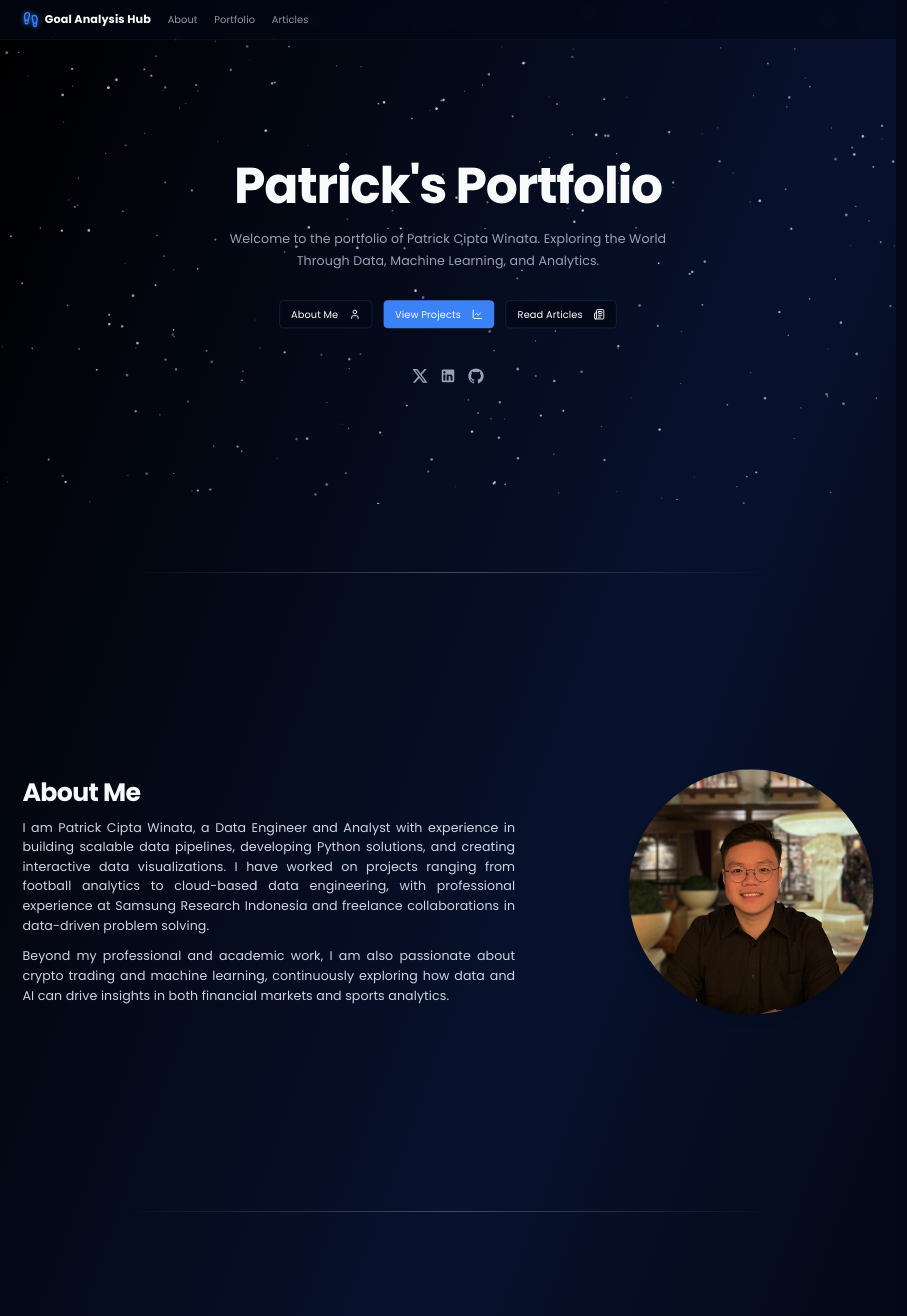
Repository: patrick-cw/my-portfolio
Page: /
The author's editor kept a copy of each file at every save. The page is drawn from the files as they stood at one save, then again after a run of saves.
The browser window is 1280 px wide. The page is 1296 px wide, so the pictures cover 1296 px, including what lies to the right of the window. The pictures show the part of the page from y = 0 to 1880 px (the page is 3545 px tall), at 70% of full size.
The project was rebuilt for these pictures with package versions that can differ from the ones it lists, and the page was loaded fresh each time. The framework's server and built-in components were replaced by stand-ins that run in the browser. Also part of the build but not shown: next.config.ts.

Above is the page before, as saved 2025-08-31 02:09:13.

### src/app/layout.tsx
import type {Metadata} from 'next';
import './globals.css';
import { Toaster } from "@/components/ui/toaster";
import { cn } from '@/lib/utils';
import Particles from '@/components/particles';
import Header from '@/components/header';
import Footer from '@/components/footer';
import ThemeRegistry from '@/components/ThemeRegistry';

export const metadata: Metadata = {
  title: "Patrick's Portfolio",
  description: 'A portfolio showcasing football analytics projects, articles, and more.',
};

export default function RootLayout({
  children,
}: Readonly<{
  children: React.ReactNode;
}>) {
  return (
    <html lang="en" className="dark" style={{scrollBehavior: 'smooth'}}>
      <head>
        <link rel="preconnect" href="https://fonts.googleapis.com" />
        <link rel="preconnect" href="https://fonts.gstatic.com" crossOrigin="anonymous" />
        <link href="https://fonts.googleapis.com/css2?family=Poppins:wght@400;600;700&display=swap" rel="stylesheet" />
      </head>
      <body className={cn("min-h-screen font-body antialiased bg-background")}>
        <ThemeRegistry>
          <div className="relative z-0 flex min-h-screen flex-col bg-gradient-to-br from-black via-blue-900/20 to-black">
            <Particles />
            <Header />
            <main className="flex-1">{children}</main>
            <Footer />
          </div>
          <Toaster />
        </ThemeRegistry>
      </body>
    </html>
  );
}

### src/app/page.tsx
import { Button } from "@/components/ui/button";
import { User, LineChart, Newspaper, ArrowDown } from "lucide-react";
import LinkedInIcon from '@mui/icons-material/LinkedIn';
import XIcon from '@mui/icons-material/X';
import GitHubIcon from '@mui/icons-material/GitHub';
import Image from "next/image";
import Link from "next/link";
import { Carousel, CarouselContent, CarouselItem, CarouselNext, CarouselPrevious } from "@/components/ui/carousel";

function FadingSeparator() {
  return (
    <div className="relative my-24 h-px w-full bg-transparent">
      <div className="absolute left-1/2 top-0 h-px w-3/4 -translate-x-1/2 bg-gradient-to-r from-transparent via-white opacity-25 to-transparent" />
    </div>
  )
}

// About Section Component
function AboutSection() {
  return (
    <section id="about" className="relative min-h-screen flex flex-col justify-center">
      <div className="container">
      <div className="grid grid-cols-1 items-center gap-y-16 lg:grid-cols-2 lg:gap-x-2">
          <div className="lg:col-span-7">
            <div className="max-w-xl">
              <h2 className="text-3xl font-bold tracking-tight text-foreground sm:text-4xl font-headline">About Me</h2>
              <p style={{color: "hsl(215deg 26.4% 84.39%)"}} className="mt-4 text-lg text-muted-foreground text-justify">
                I am Patrick Cipta Winata, a Data Engineer and Analyst with experience in building scalable data pipelines, developing Python solutions, and creating interactive data visualizations. I have worked on projects ranging from football analytics to cloud-based data engineering, with professional experience at Samsung Research Indonesia and freelance collaborations in data-driven problem solving.
              </p>
              <p style={{color: "hsl(215deg 26.4% 84.39%)"}} className="mt-4 text-lg text-muted-foreground text-justify">
                Beyond my professional and academic work, I am also passionate about crypto trading and machine learning, continuously exploring how data and AI can drive insights in both financial markets and sports analytics.
              </p>
            </div>
          </div>
          <div className="flex justify-center lg:col-span-5 lg:col-start-8">
            <Image
              src="/images/face.JPG"
              alt="Patrick Cipta Winata"
              width={350}
              height={350}
              className="rounded-full object-cover shadow-lg transition-all duration-300 hover:scale-105 hover:shadow-primary/20"
              data-ai-hint="portrait man"
            />
          </div>
        </div>
      </div>
    </section>
  );
}

// Portfolio Section Component
function PortfolioSection() {
  const projects = [
    {
      title: "xG-Based Performance Analysis",
      description: "A deep dive into Expected Goals (xG) metrics to evaluate striker efficiency across Europe's top 5 leagues.",
      image: "https://picsum.photos/600/400?random=1",
      tags: ["Data Analysis", "Python", "Tableau"],
      link: "/portfolio/xg-based-performance-analysis",
      imageHint: "soccer chart"
    },
    {
      title: "Defensive Actions Mapping",
      description: "Visualizing defensive actions (tackles, interceptions) to identify team pressing styles and defensive solidity.",
      image: "https://picsum.photos/600/400?random=2",
      tags: ["Data-Viz", "R", "Statistics"],
      link: "/portfolio/defensive-actions-mapping",
      imageHint: "soccer field"
    },
    {
      title: "Passing Network Analysis",
      description: "Analyzing passing networks to understand team shape, key player connections, and ball progression patterns.",
      image: "https://picsum.photos/600/400?random=3",
      tags: ["Network Analysis", "Gephi", "Tableau"],
      link: "/portfolio/passing-network-analysis",
      imageHint: "soccer tactics"
    },
    {
      title: "Player Recruitment Model",
      description: "A data-driven model to identify undervalued players based on performance metrics and market values.",
      image: "https://picsum.photos/600/400?random=4",
      tags: ["Machine Learning", "Python", "Scouting"],
      link: "/portfolio/player-recruitment-model",
      imageHint: "soccer player celebrating"
    },
    {
      title: "Interactive Shot Map Dashboard",
      description: "A web-based dashboard allowing users to explore shot data from various competitions interactively.",
      image: "https://picsum.photos/600/400?random=5",
      tags: ["Web Dev", "React", "D3.js"],
      link: "/portfolio/interactive-shot-map-dashboard",
      imageHint: "soccer dashboard"
    },
    {
      title: "Tactical Formations Analysis",
      description: "A comprehensive study of the 4-3-3 vs 4-4-2 formations, showcasing strengths and weaknesses with data visualization.",
      image: "https://picsum.photos/600/400?random=6",
      tags: ["Tactics", "Data-Viz", "Analysis"],
      link: "/portfolio/tactical-formations-analysis",
      imageHint: "soccer strategy board"
    }
  ];

  return (
    <section id="portfolio" className="relative min-h-screen flex flex-col justify-center">
        <div className="container">
          <div className="mx-auto max-w-3xl text-center">
            <h2 className="text-3xl font-bold tracking-tight text-foreground sm:text-4xl font-headline">My Portfolio</h2>
            <p className="mt-2 text-lg leading-8 text-muted-foreground">
              A selection of projects that showcase my skills in football analytics.
            </p>
          </div>
          <div className="mt-16">
            <Carousel
              opts={{
                align: "start",
                loop: false,
              }}
              className="w-full"
            >
              <CarouselContent>
                {projects.map((project) => (
                  <CarouselItem key={project.title} className="md:basis-1/2 lg:basis-1/3">
                    <div className="p-1 h-full">
                       <div className="group flex flex-col h-full overflow-hidden rounded-lg bg-card-highlight shadow-lg transition-all duration-300 hover:shadow-primary/20 hover:-translate-y-2">
                          <Link href={project.link} className="block shrink-0">
                            <Image
                              className="h-48 w-full object-cover"
                              src={project.image}
                              alt={project.title}
                              width={600}
                              height={400}
                              data-ai-hint={project.imageHint}
                            />
                          </Link>
                          <div className="flex flex-1 flex-col justify-between p-6">
                            <div className="flex-1">
                              <Link href={project.link} className="mt-2 block">
                                <p className="text-xl font-semibold text-foreground group-hover:text-primary transition-colors font-headline">{project.title}</p>
                                <p className="mt-3 text-base text-muted-foreground">{project.description}</p>
                              </Link>
                            </div>
                            <div className="mt-6 flex items-center">
                              <div className="flex space-x-1 text-sm text-muted-foreground">
                                {project.tags.map((tag) => (
                                  <span key={tag} className="inline-flex items-center rounded-full bg-secondary px-3 py-1 text-xs font-medium text-secondary-foreground">
                                    {tag}
                                  </span>
                                ))}
                              </div>
                            </div>
                          </div>
                        </div>
                    </div>
                  </CarouselItem>
                ))}
              </CarouselContent>
              <CarouselPrevious className="ml-12 h-10 w-10" />
              <CarouselNext className="mr-12 h-10 w-10"/>
            </Carousel>
          </div>
        </div>
    </section>
  );
}
// Articles Section Component
function ArticlesSection() {
  const articles = [
      {
        title: "The Evolution of the Modern Full-back",
        date: "July 15, 2024",
        excerpt: "From defensive stalwarts to attacking linchpins, we trace the tactical evolution of the full-back role in the modern game.",
        link: "/articles/evolution-of-the-modern-full-back",
      },
      {
        title: "Set-Piece Analytics: The Hidden Goldmine",
        date: "June 28, 2024",
        excerpt: "An in-depth look at how top-tier teams are using data analytics to gain a significant edge from corners and free-kicks.",
        link: "/articles/set-piece-analytics",
      },
      {
        title: "The Rise of Positional Play",
        date: "May 12, 2024",
        excerpt: "How philosophies popularised by Guardiola and Cruyff have come to dominate European football tactics.",
        link: "/articles/rise-of-positional-play",
      },
      {
        title: "Valuing Defensive Actions",
        date: "April 22, 2024",
        excerpt: "A new model for quantifying the impact of tackles, interceptions, and pressures beyond simple event counting.",
        link: "/articles/valuing-defensive-actions",
      },
      {
        title: "The Impact of High Pressing",
        date: "August 05, 2024",
        excerpt: "Exploring the data behind high-pressing strategies and their correlation with winning major trophies in modern football.",
        link: "/articles/impact-of-high-pressing",
      },
    ];

  return (
      <section id="articles" className="relative min-h-screen flex flex-col justify-center">
          <div className="container">
            <div className="mx-auto max-w-3xl text-center">
              <h2 className="text-3xl font-bold tracking-tight text-foreground sm:text-4xl font-headline">Latest Articles</h2>
              <p className="mt-2 text-lg leading-8 text-muted-foreground">
                My thoughts and findings on the world of football analytics.
              </p>
            </div>
            <div className="mt-16">
               <Carousel
                  opts={{
                    align: "start",
                    loop: false,
                  }}
                  className="w-full max-w-4xl mx-auto"
                >
                <CarouselContent>
                  {articles.map((article) => (
                    <CarouselItem key={article.title} className="md:basis-1/2">
                      <div className="p-1 h-full">
                        <article className="group flex h-full max-w-xl flex-col items-start justify-between rounded-lg bg-card-highlight p-6 transition-all duration-300 hover:bg-card/90 hover:-translate-y-2">
                          <div className="flex items-center gap-x-4 text-xs">
                            <time dateTime={article.date} className="text-muted-foreground">
                              {article.date}
                            </time>
                          </div>
                          <div className="group relative">
                            <h3 className="mt-3 text-lg font-semibold leading-6 text-foreground group-hover:text-primary transition-colors font-headline">
                              <Link href={article.link}>
                                <span className="absolute inset-0" />
                                {article.title}
                              </Link>
                            </h3>
                            <p className="mt-5 line-clamp-3 text-sm leading-6 text-muted-foreground">{article.excerpt}</p>
                          </div>
                        </article>
                      </div>
                    </CarouselItem>
                  ))}
                </CarouselContent>
                 <CarouselPrevious className="-left-12 h-10 w-10" />
                 <CarouselNext className="-right-12 h-10 w-10" />
              </Carousel>
            </div>
          </div>
      </section>
  );
}

export default function Home() {
  return (
    <>
      {/* Hero Section */}
      <section className="container flex min-h-[calc(100vh-3.5rem)] flex-col items-center justify-center text-center">
        <div className="flex-grow flex flex-col items-center justify-center">
          <h1 className="font-headline text-4xl font-bold tracking-tight text-foreground sm:text-6xl md:text-7xl">
          Patrick's Portfolio
          </h1>
          <p className="mt-6 text-lg leading-8 text-muted-foreground max-w-xl mx-auto">
          Welcome to the portfolio of Patrick Cipta Winata. Exploring the World Through Data, Machine Learning, and Analytics.
          </p>
          <div className="mt-10 flex flex-col items-center justify-center gap-y-6">
            <div className="flex items-center justify-center gap-x-4 flex-wrap gap-y-4">
               <Button variant="outline" asChild>
                <Link href="/#about">
                  About Me <User className="ml-2 h-4 w-4" />
                </Link>
              </Button>
              <Button asChild>
                <Link variant="outline" href="/#portfolio">
                  View Projects <LineChart className="ml-2 h-4 w-4" />
                </Link>
              </Button>
              <Button variant="outline" asChild>
                <Link href="/#articles">
                  Read Articles <Newspaper className="ml-2 h-4 w-4" />
                </Link>
              </Button>
            </div>
            <div className="flex items-center gap-4 mt-8">
              <Link href="https://twitter.com" target="_blank" rel="noopener noreferrer" aria-label="Twitter">
                <XIcon className="h-6 w-6 text-muted-foreground transition-colors hover:text-foreground" />
              </Link>
              <Link href="https://linkedin.com" target="_blank" rel="noopener noreferrer" aria-label="LinkedIn">
                <LinkedInIcon className="h-6 w-6 text-muted-foreground transition-colors hover:text-foreground" />
              </Link>
              <Link href="https://github.com" target="_blank" rel="noopener noreferrer" aria-label="GitHub">
                <GitHubIcon className="h-6 w-6 text-muted-foreground transition-colors hover:text-foreground" />
              </Link>
            </div>
          </div>
        </div>
        <div className="absolute bottom-4 left-1/2 -translate-x-1/2 animate-bounce">
          <a href="#about" aria-label="Scroll to about section">
            <ArrowDown className="h-6 w-6 text-muted-foreground" />
          </a>
        </div>
      </section>
      <FadingSeparator />
      <AboutSection />
      <FadingSeparator />
      <PortfolioSection />
      <FadingSeparator />
      <ArticlesSection />
    </>
  );
}

### src/components/ui/toaster.tsx
"use client"

import { useToast } from "@/hooks/use-toast"
import {
  Toast,
  ToastClose,
  ToastDescription,
  ToastProvider,
  ToastTitle,
  ToastViewport,
} from "@/components/ui/toast"

export function Toaster() {
  const { toasts } = useToast()

  return (
    <ToastProvider>
      {toasts.map(function ({ id, title, description, action, ...props }) {
        return (
          <Toast key={id} {...props}>
            <div className="grid gap-1">
              {title && <ToastTitle>{title}</ToastTitle>}
              {description && (
                <ToastDescription>{description}</ToastDescription>
              )}
            </div>
            {action}
            <ToastClose />
          </Toast>
        )
      })}
      <ToastViewport />
    </ToastProvider>
  )
}

### src/components/header.tsx
import Link from "next/link";
import { Footprints } from "lucide-react";

export default function Header() {
  return (
    <header className="sticky top-0 z-50 w-full border-b border-border/40 bg-background/95 backdrop-blur supports-[backdrop-filter]:bg-background/60">
      <div className="container flex h-14 max-w-screen-2xl items-center">
        <Link href="/" className="mr-6 flex items-center space-x-2">
          <Footprints className="h-6 w-6 text-primary" style={{filter: 'drop-shadow(0 0 4px hsl(var(--primary)))'}}/>
          <span className="font-bold sm:inline-block font-headline">Goal Analysis Hub</span>
        </Link>
        <nav className="flex items-center gap-4 text-sm lg:gap-6">
          <Link href="/#about" className="text-foreground/60 transition-colors hover:text-foreground/80">
            About
          </Link>
          <Link href="/#portfolio" className="text-foreground/60 transition-colors hover:text-foreground/80">
            Portfolio
          </Link>
          <Link href="/#articles" className="text-foreground/60 transition-colors hover:text-foreground/80">
            Articles
          </Link>
        </nav>
      </div>
    </header>
  );
}

### src/components/footer.tsx
export default function Footer() {
    return (
      <footer className="border-t border-border/40 py-6 md:py-8">
        <div className="container flex flex-col items-center justify-between gap-4 md:flex-row">
          <p className="text-sm text-muted-foreground">
            © {new Date().getFullYear()} Patrick Cipta Winata. All rights reserved.
          </p>
        </div>
      </footer>
    );
  }

### src/components/ThemeRegistry.tsx
'use client';
import createCache from '@emotion/cache';
import { useServerInsertedHTML } from 'next/navigation';
import { CacheProvider } from '@emotion/react';
import { ThemeProvider } from '@mui/material/styles';
import CssBaseline from '@mui/material/CssBaseline';
import { createTheme } from '@mui/material/styles';
import React from 'react';

const theme = createTheme({
  palette: {
    mode: 'dark',
  },
});

// This implementation is from emotion-js
// https://github.com/emotion-js/emotion/issues/2928#issuecomment-1319747902
export default function ThemeRegistry(props: { children: React.ReactNode }) {
  const { children } = props;

  const [{ cache, flush }] = React.useState(() => {
    const cache = createCache({ key: 'mui-style' });
    cache.compat = true;
    const prevInsert = cache.insert;
    let inserted: string[] = [];
    cache.insert = (...args) => {
      const serialized = args[1];
      if (cache.inserted[serialized.name] === undefined) {
        inserted.push(serialized.name);
      }
      return prevInsert(...args);
    };
    const flush = () => {
      const prevInserted = inserted;
      inserted = [];
      return prevInserted;
    };
    return { cache, flush };
  });

  useServerInsertedHTML(() => {
    const names = flush();
    if (names.length === 0) {
      return null;
    }
    let styles = '';
    for (const name of names) {
      styles += cache.inserted[name];
    }
    return (
      <style
        key={cache.key}
        data-emotion={`${cache.key} ${names.join(' ')}`}
        dangerouslySetInnerHTML={{
          __html: styles,
        }}
      />
    );
  });

  return (
    <CacheProvider value={cache}>
      <ThemeProvider theme={theme}>
        <CssBaseline />
        {children}
      </ThemeProvider>
    </CacheProvider>
  );
}

Loaded but not shown: src/lib/utils.ts (common file); src/hooks/use-toast.ts (common file); src/components/ui/carousel.tsx (262 lines, source omitted); src/components/ui/toast.tsx (129 lines, source omitted); src/components/particles.tsx (147 lines, source omitted); tailwind.config.ts (110 lines, source omitted); src/app/globals.css (86 lines, source omitted); src/components/ui/button.tsx (56 lines, source omitted)

After the next 2 saves:
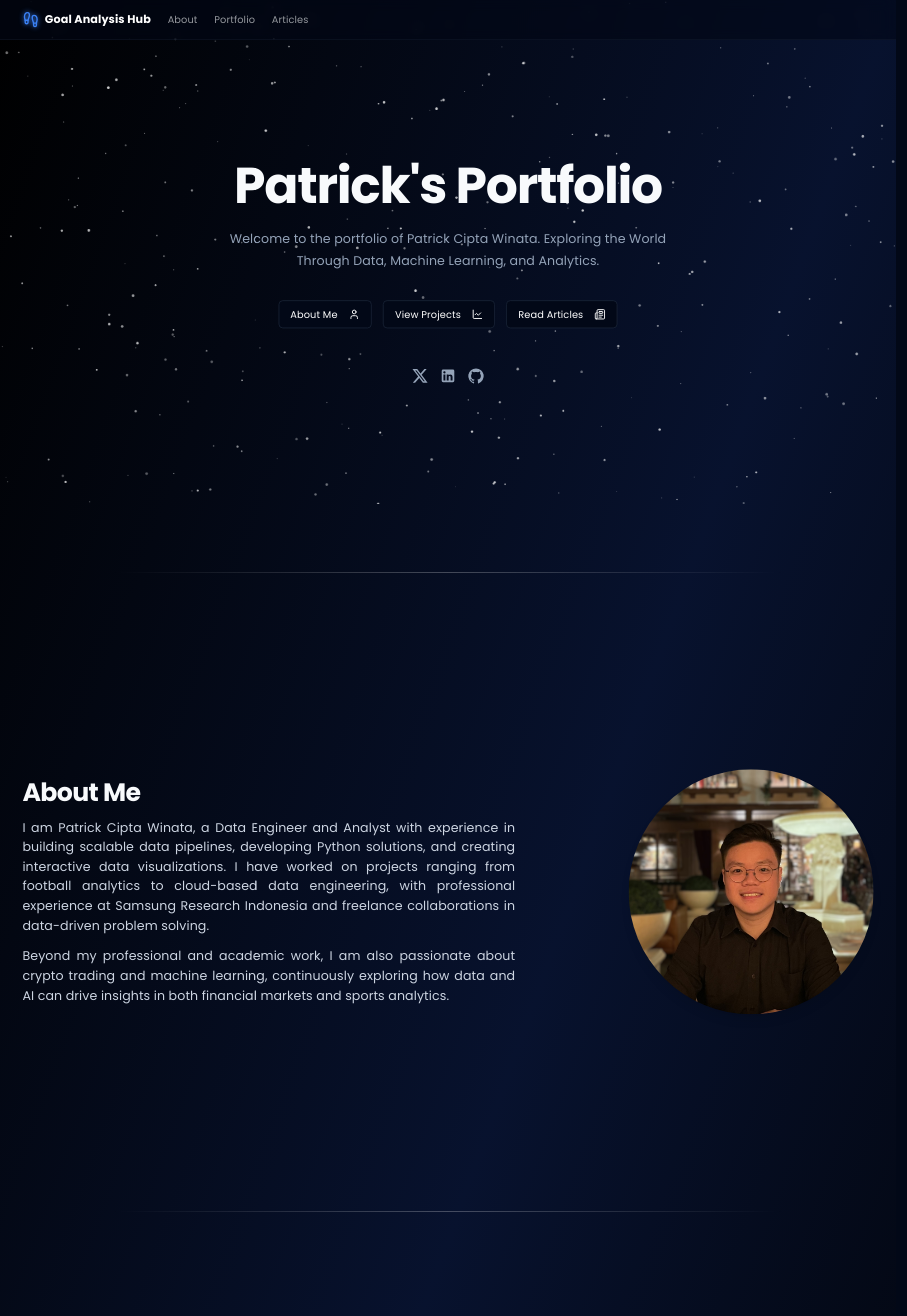
The 2 saves are shown as one change because they came seconds apart.
The last was saved 9 s later.
--- a/src/app/page.tsx
+++ b/src/app/page.tsx
@@ -267,8 +267,8 @@ export default function Home() {
                   About Me <User className="ml-2 h-4 w-4" />
                 </Link>
               </Button>
-              <Button asChild>
-                <Link variant="outline" href="/#portfolio">
+              <Button variant="outline" asChild>
+                <Link href="/#portfolio">
                   View Projects <LineChart className="ml-2 h-4 w-4" />
                 </Link>
               </Button>
